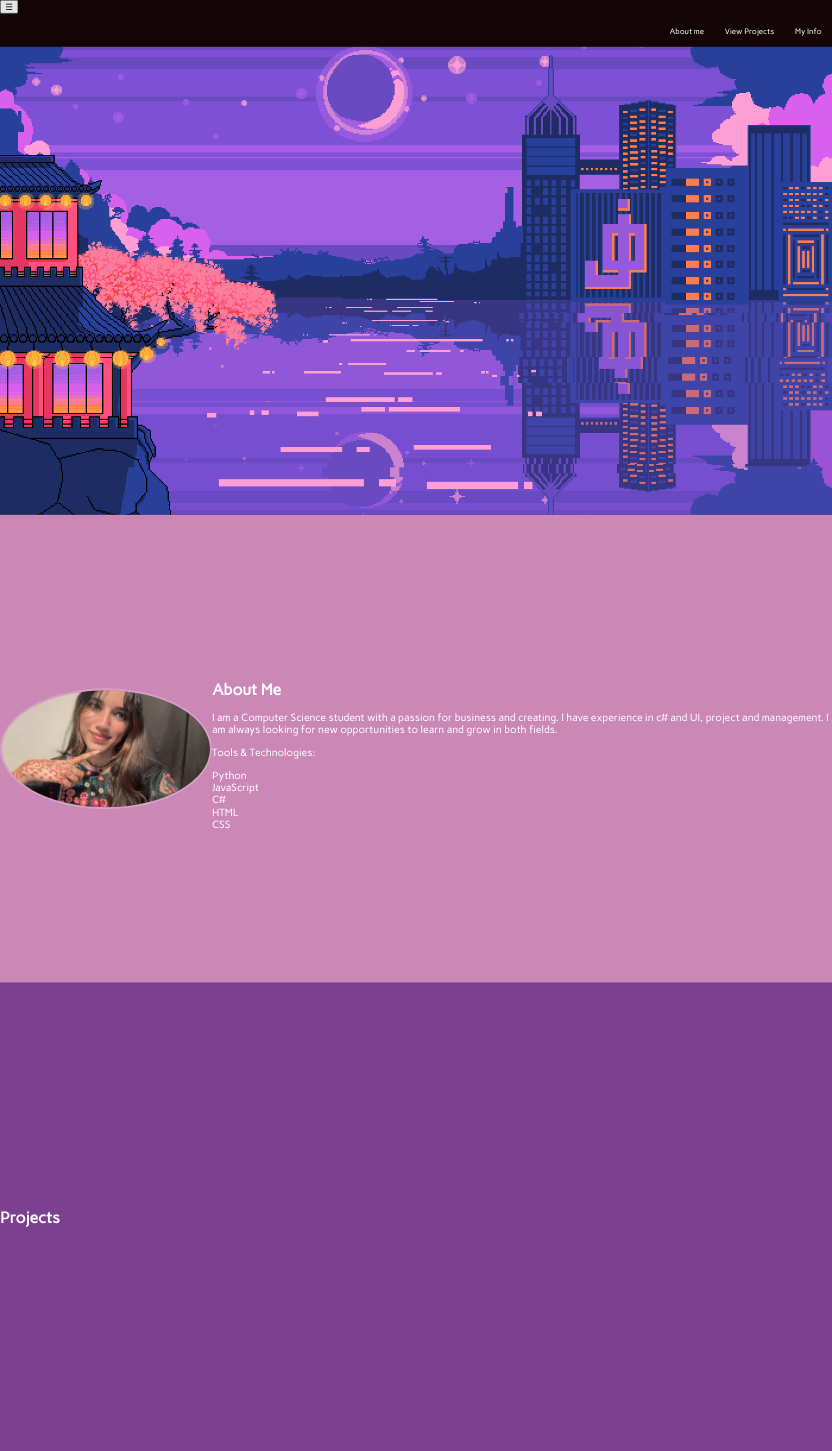
Repository: Rameen-A/Rameen-A
Page: index.html
The author's editor kept a copy of each file at every save. The page is drawn from the files as they stood at one save, then again after the next save.
The browser window is 1280 px wide. The pictures show the whole page, at 65% of full size.

Above is the page before, as saved 2026-05-05 00:47:25.

After the next save:
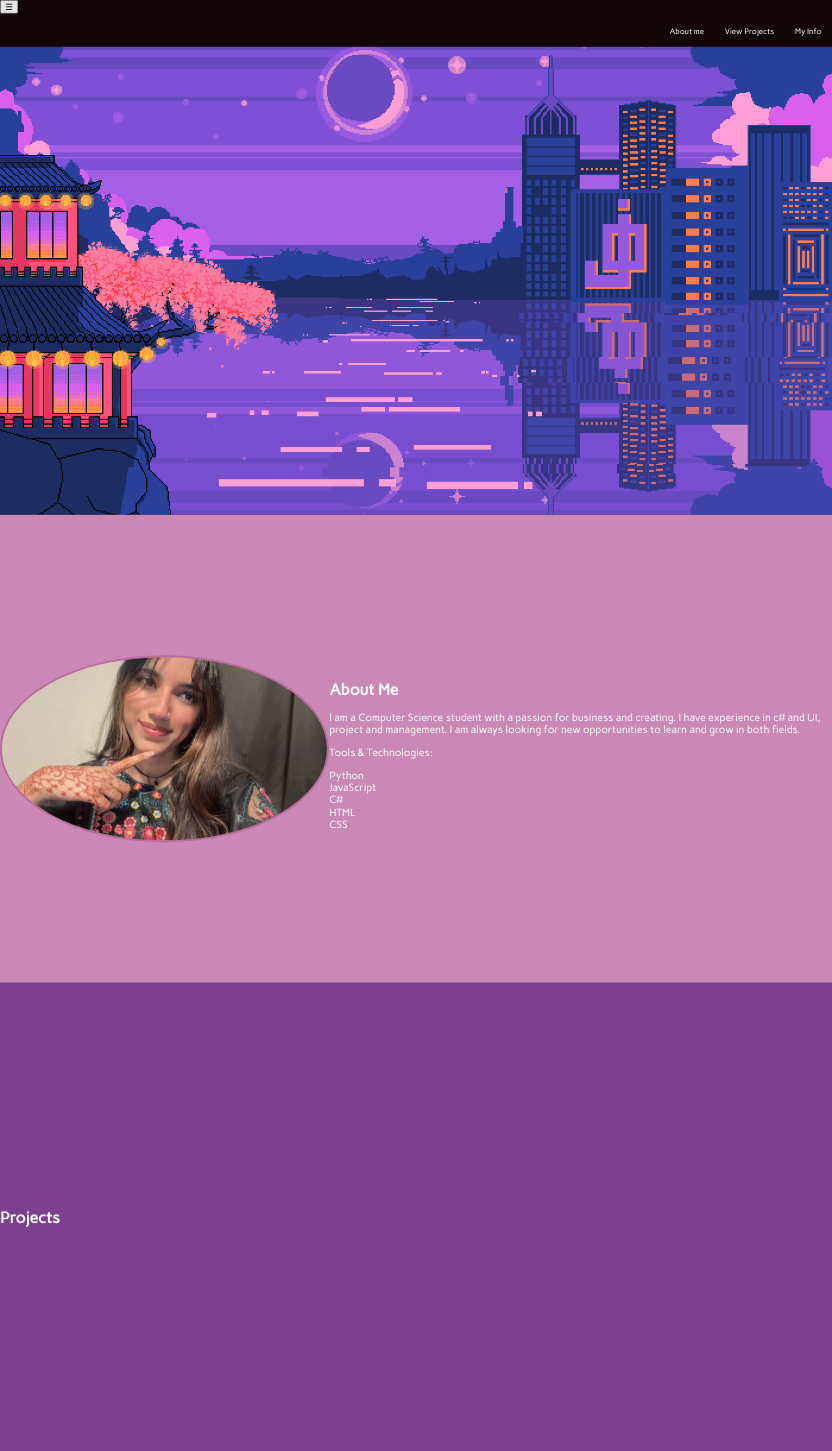
Saved 5 min 31 s later.
--- a/styles/index.css
+++ b/styles/index.css
@@ -46,12 +46,16 @@ article {
   background-color: rgb(203, 135, 181);
 }
 .about img {
-    max-width: 25%;
-    border-radius: 50%;
-    display: inline-block;
-    vertical-align: middle;
-    border: 3px solid rgba(255, 255, 255, 0.2);
-  }
+  max-width: 300%;
+  border-radius: 50%;
+  display: inline-block;
+  vertical-align: middle;
+  border: 3px solid rgba(111, 8, 48, 0.2);
+  width: auto;
+  height: auto;
+  overflow: hidden;
+  object-fit: cover;
+}
 
 section:hover article {
   opacity: 1;
